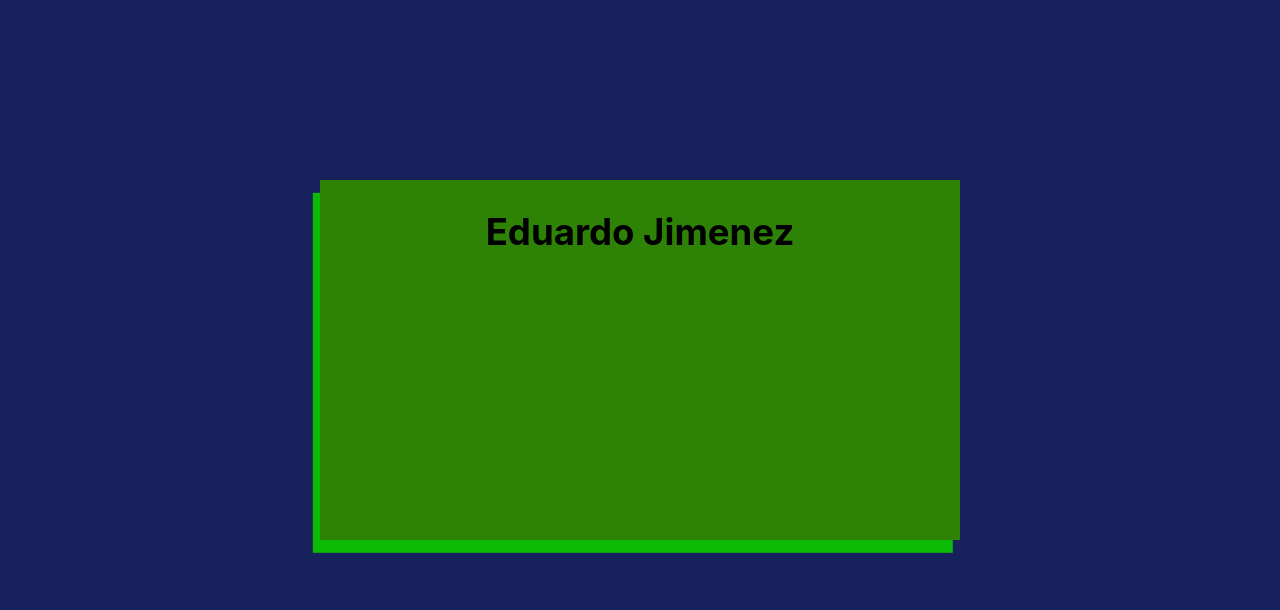
Repository: l8nightswithJS/react-my-portfolio
Page: /
An editor plug-in stored every save of this project. The page is shown before and after the next save, followed by the edit.
The browser window is 1280 px wide. The pictures show the whole page.
The project was rebuilt for these pictures with package versions that can differ from the ones it lists, and the page was loaded fresh each time.

Above is the page before, as saved 2021-04-22 23:59:14.

### src/App.js
import './App.css';


function App() {
  return (
    <div className="App">
      <header className="App-header">
        <section>
          <h1>Eduardo Jimenez</h1>
        </section>
      </header>
    </div>
  );
}

export default App;

### src/App.css
.App {
  height: 100vh;
  width: 100%;
  text-align: center;
  background-color: rgb(23, 33, 92);
}

section {
  position: fixed;
  top: 0;
  bottom: 0;
  left: 0;
  right: 0;
  background-color: rgb(46, 131, 7);
  height: 50vh;
  width: 50vw;
  margin: auto;
  font-size: calc(10px + 2vmin);
  color: white;
  box-shadow: -1vh 1vw rgb(12, 187, 6);
}

h1 {
  color: black;
}

Loaded but not shown: public/index.html (common file); src/index.js (common file); src/index.css (common file); src/reportWebVitals.js (common file)

After the next save:
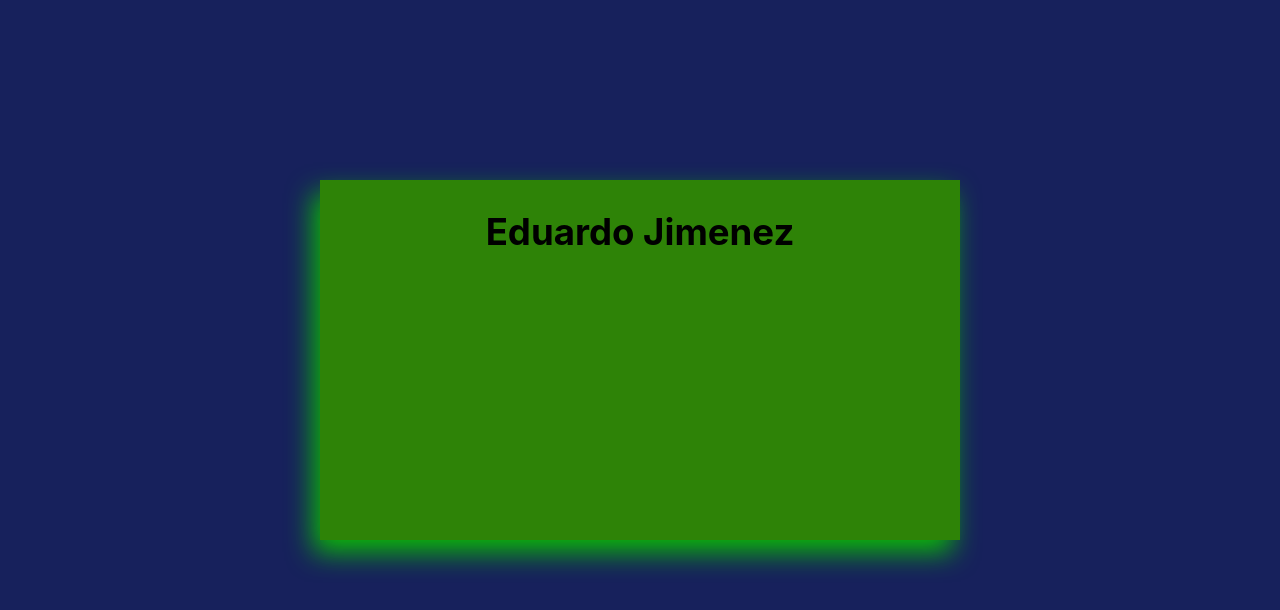
Saved 9 s later.
--- a/src/App.css
+++ b/src/App.css
@@ -17,7 +17,7 @@ section {
   margin: auto;
   font-size: calc(10px + 2vmin);
   color: white;
-  box-shadow: -1vh 1vw rgb(12, 187, 6);
+  box-shadow: -1vh 1vw 2vw rgb(12, 187, 6);
 }
 
 h1 {
